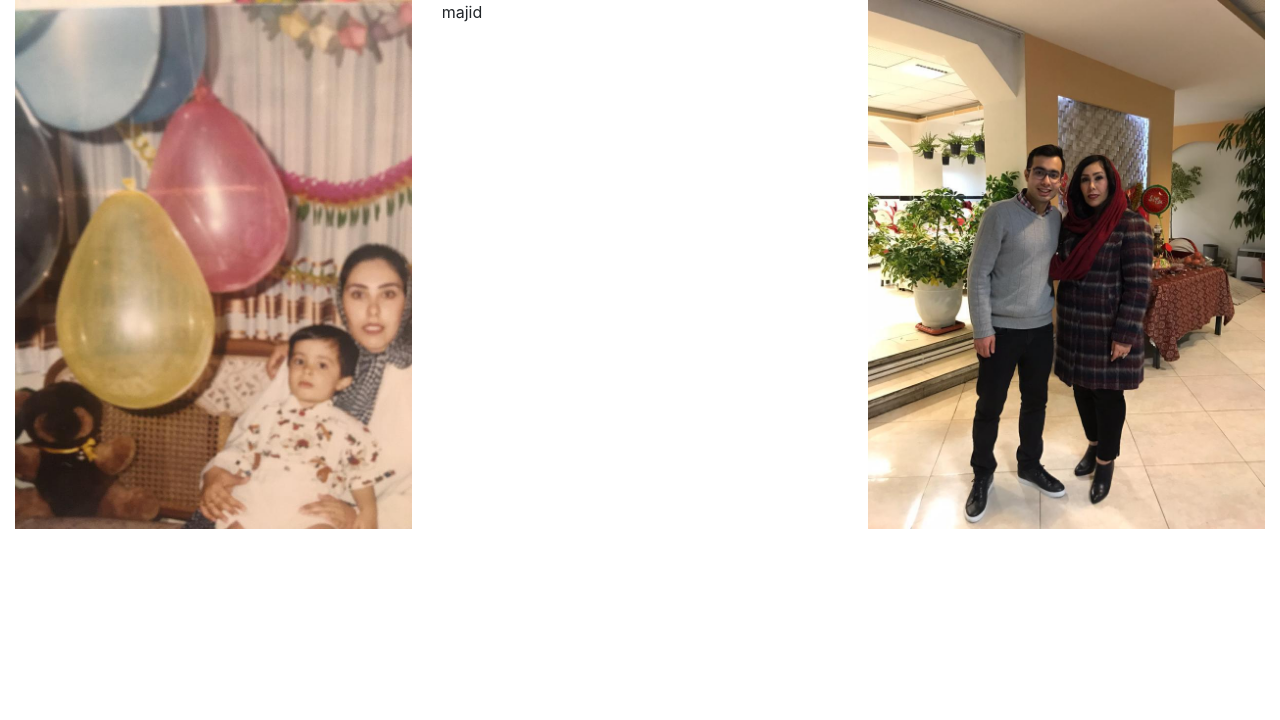
Repository: mirfarzam/mirfarzam.github.io
Page: khalelila/index.html
An editor plug-in stored every save of this project. The page is shown before and after the next save, followed by the edit.
The browser window is 1280 px wide. The pictures show the whole page.

Above is the page before, as saved 2020-04-30 21:12:20.

### khalelila/index.html
<html>
<head>
<title>تولد خاله لیلا</title>
<link href="https://stackpath.bootstrapcdn.com/bootstrap/4.4.1/css/bootstrap.min.css" rel="stylesheet" integrity="sha384-Vkoo8x4CGsO3+Hhxv8T/Q5PaXtkKtu6ug5TOeNV6gBiFeWPGFN9MuhOf23Q9Ifjh" crossorigin="anonymous">
<script
  src="https://code.jquery.com/jquery-3.5.0.min.js"
  integrity="sha256-xNzN2a4ltkB44Mc/Jz3pT4iU1cmeR0FkXs4pru/JxaQ="
  crossorigin="anonymous"></script>
<script src="https://stackpath.bootstrapcdn.com/bootstrap/4.4.1/js/bootstrap.min.js" integrity="sha384-wfSDF2E50Y2D1uUdj0O3uMBJnjuUD4Ih7YwaYd1iqfktj0Uod8GCExl3Og8ifwB6" crossorigin="anonymous"></script>
<script src="https://stackpath.bootstrapcdn.com/bootstrap/4.4.1/js/bootstrap.bundle.min.js" integrity="sha384-6khuMg9gaYr5AxOqhkVIODVIvm9ynTT5J4V1cfthmT+emCG6yVmEZsRHdxlotUnm" crossorigin="anonymous"></script>

<style>
.maincontrainer{
    width:100vw;
    height:100vh
}
.maincontrainer .row, .maincontrainer .row .col-sm-4{
    height: inherit;
    width: inherit;
}
.maincontrainer .row .col-sm-4 {
    position:relative;
}
.maincontrainer .row .col-sm-4 img{
    width:100%;
    height:100%%;
    position:relative;
    top:0;
    left:0;
    object-fit:cover;
}

</style>
</head>
<body>
<section class="container-fluid maincontrainer">
    <div class="row">
        <div class="col-sm-4"><img src="old.jpeg"></div>
        <div class="col-sm-4">majid</div>
        <div class="col-sm-4"><img src="new.jpeg"></div>
    </div>
</section>
</body>
</html>

After the next save:
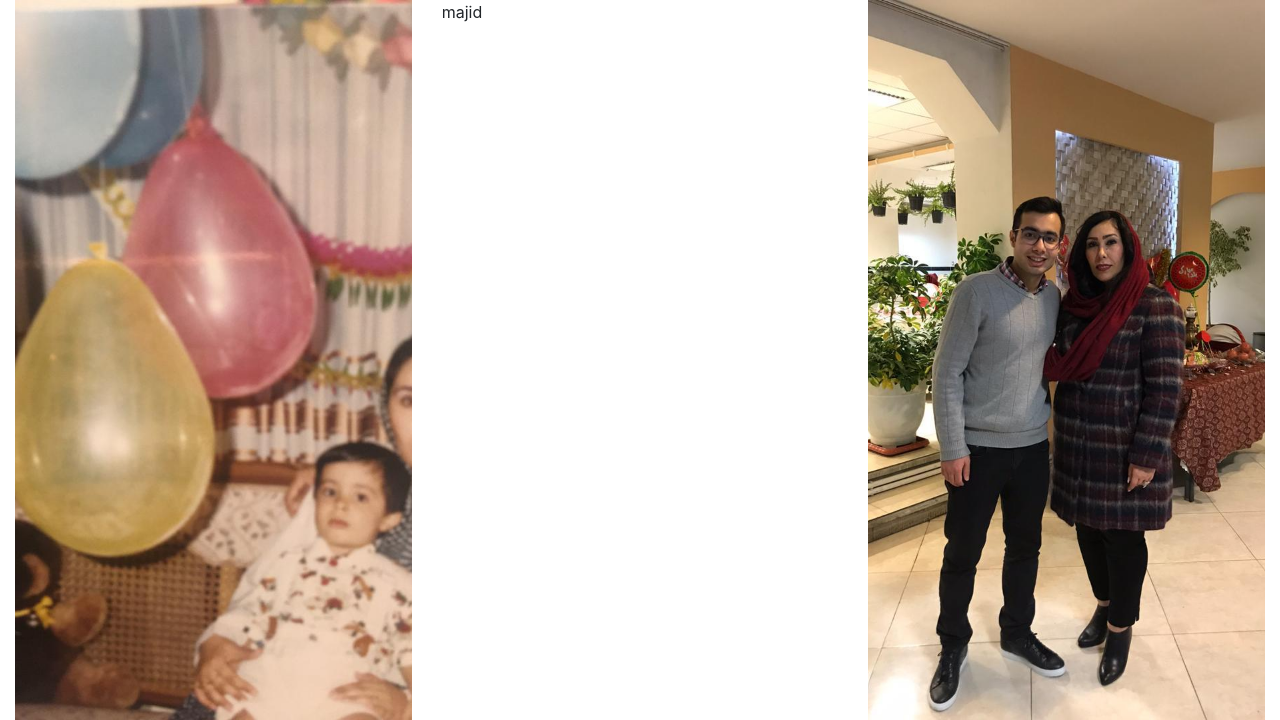
Saved 1 s later.
--- a/khalelila/index.html
+++ b/khalelila/index.html
@@ -23,7 +23,7 @@
 }
 .maincontrainer .row .col-sm-4 img{
     width:100%;
-    height:100%%;
+    height:100%;
     position:relative;
     top:0;
     left:0;
